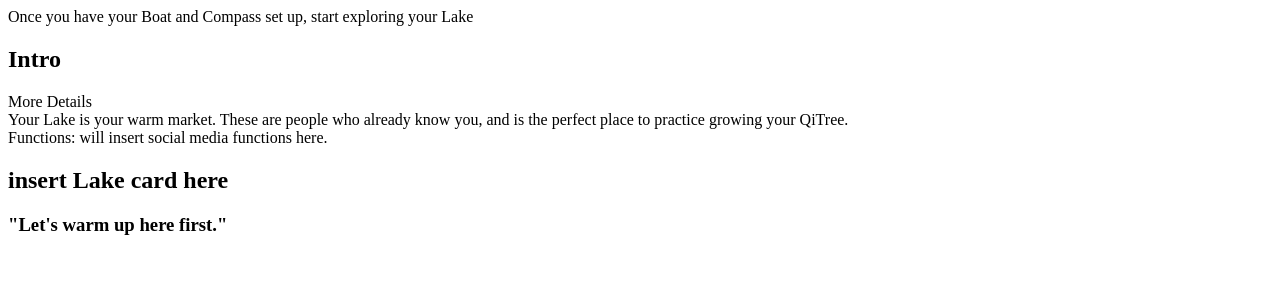
Repository: DevZubair/ionic-test
Page: www/templates/lake.html
The author's editor kept a record of every edit. The page is drawn from the files as they stood at one moment, then again after the next edit.
The browser window is 1280 px wide. The pictures show the whole page.

Above is the page before.

### www/templates/lake.html
<ion-view view-title="Explore Your Lake">
  <ion-content>
    <div class="panel">
      Once you have your Boat and Compass set up, start exploring your Lake
    </div>
     <div class="card">
      <div class="item item-divider">
        <h2>Intro</h2>
      </div>
      <div class="item item-text-wrap">
        <div>More Details </div>
        <div> Your Lake is your warm market.  These are people who already know you, and is the perfect place to practice growing your QiTree. </div>
        <div> Functions: will insert social media functions here. </div>
      </div>
    </div>

    <h2>insert Lake card here</h2>
    <h3>"Let's warm up here first."</h3>

  </ion-content>
</ion-view>

After the next edit:
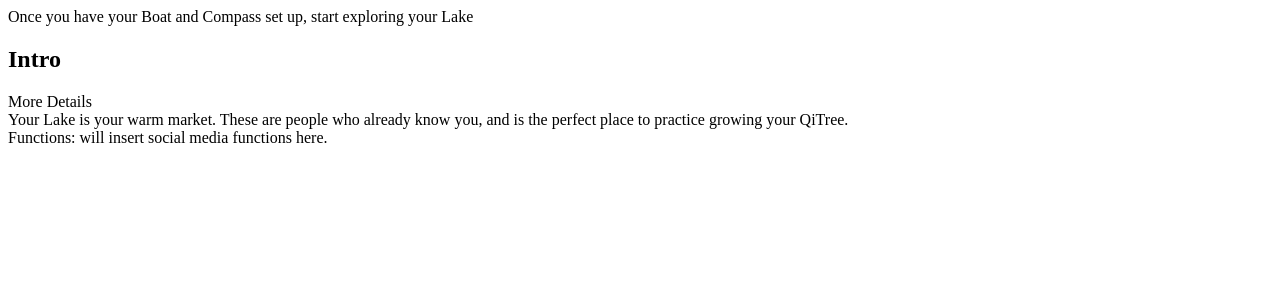
The edit:
--- a/www/templates/lake.html
+++ b/www/templates/lake.html
@@ -14,8 +14,7 @@
       </div>
     </div>
 
-    <h2>insert Lake card here</h2>
-    <h3>"Let's warm up here first."</h3>
+
 
   </ion-content>
 </ion-view>
